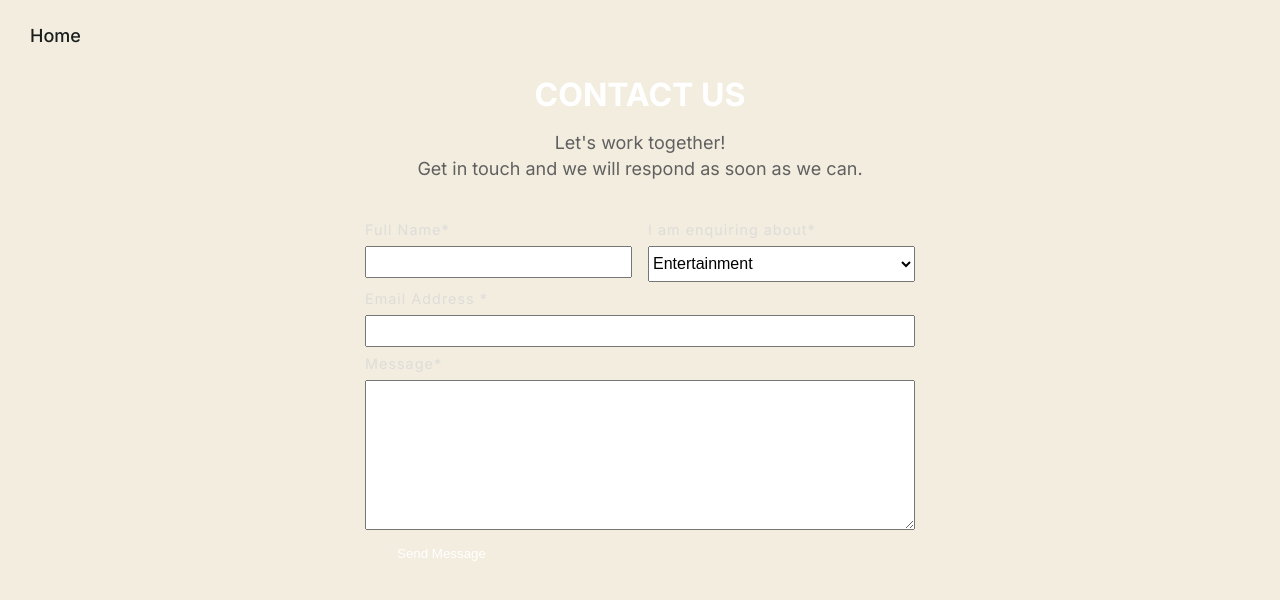
Repository: David-Waite/David-Waite-Portfolio
Page: /contact
An editor plug-in stored every save of this project. The page is shown before and after the next save, followed by the edit.
The browser window is 1280 px wide. The pictures show the whole page.
The project was rebuilt for these pictures with package versions that can differ from the ones it lists, and the page was loaded fresh each time. The framework's server and built-in components were replaced by stand-ins that run in the browser. Also part of the build but not shown: next.config.js, app/components/Nav/NavButton/navButton.module.css, app/components/Nav/NavButton/NavButton.tsx.

Above is the page before, as saved 2023-07-26 19:57:26.

After the next save:
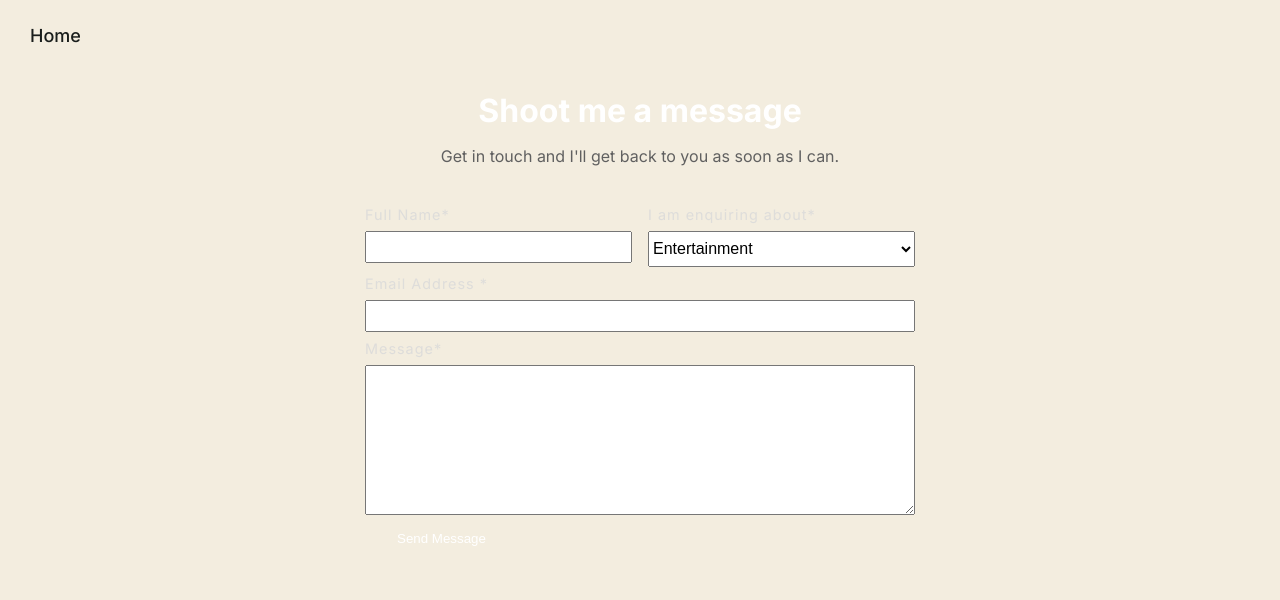
Saved 2 min 6 s later.
--- a/app/components/Contact/contact.tsx
+++ b/app/components/Contact/contact.tsx
@@ -37,12 +37,8 @@ export const Contact = () => {
 
   return (
     <div className={styles.container}>
-      <h1 className="heading3">CONTACT US</h1>
-      <p className="paragraph">
-        Let&apos;s work together!
-        <br />
-        Get in touch and we will respond as soon as we can.
-      </p>
+      <h1 className="heading3">Shoot me a message</h1>
+      <p>Get in touch and I&apos;ll get back to you as soon as I can.</p>
 
       <form onSubmit={onContactFormSubmit}>
         {message.length > 0 ? (
